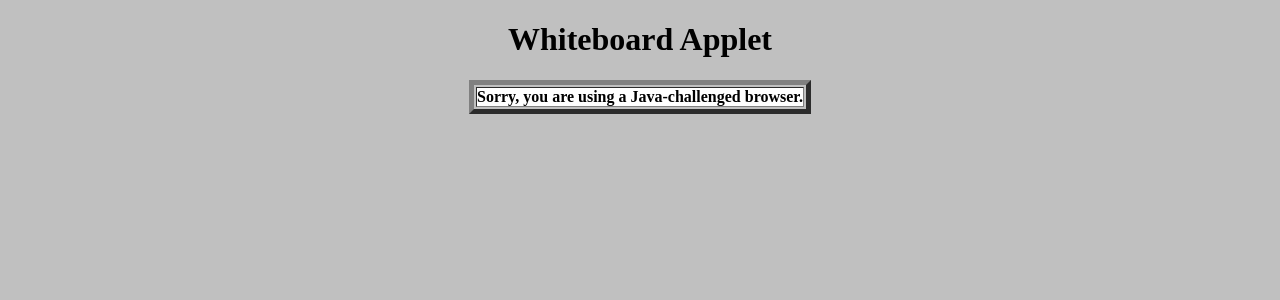
Repository: EnjoyWorkTrue/Spring2014
Page: CMP342/Assignment2/project1/index.html
These files come from the project's save history. The page is drawn as it stood at one moment and after the next save; the edit follows.
The browser window is 1280 px wide. The pictures show the whole page.

Above is the page before, as saved 2014-02-25 01:46:36.

After the next save:
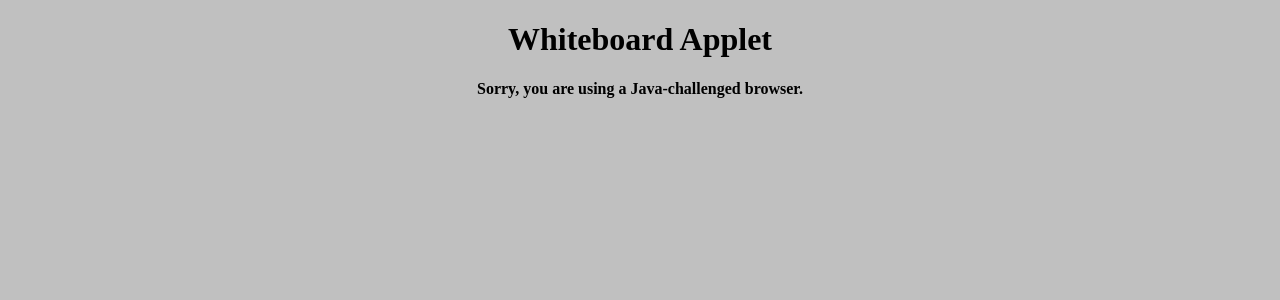
Saved 3 min 12 s later.
--- a/CMP342/Assignment2/project1/index.html
+++ b/CMP342/Assignment2/project1/index.html
@@ -6,7 +6,6 @@
 <body bgcolor="#C0C0C0">
 <div align="center">
 <h1>Whiteboard Applet</h1>
-<table border="5" cellpadding="0">
   <tr><td bgcolor="white">
 
       <applet  code="Drwing.class" width="500" height="300">

After the 2 saves that followed:
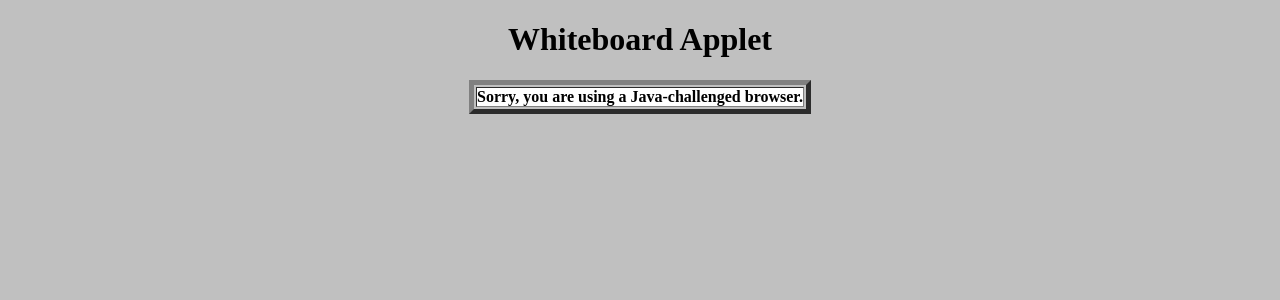
The 2 saves are shown as one change because 1 left the picture as it was.
The last was saved 37 s later.
--- a/CMP342/Assignment2/project1/index.html
+++ b/CMP342/Assignment2/project1/index.html
@@ -6,6 +6,7 @@
 <body bgcolor="#C0C0C0">
 <div align="center">
 <h1>Whiteboard Applet</h1>
+<table border="5" cellpadding="0">
   <tr><td bgcolor="white">
 
       <applet  code="Drwing.class" width="500" height="300">
